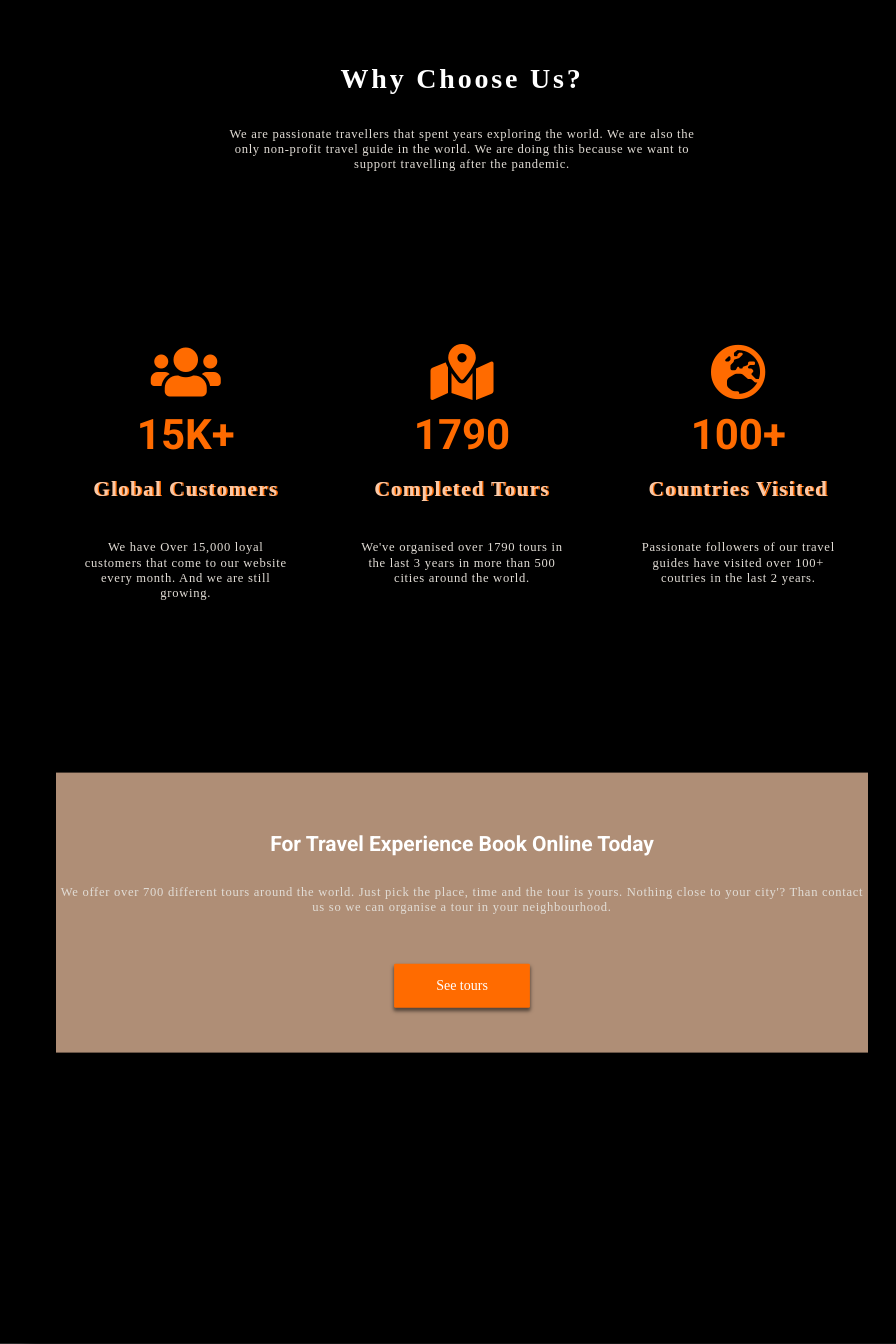
Repository: Hunga9k50doker/wildver-travel
Page: src/index.html
An editor plug-in stored every save of this project. The page is shown before and after a run of saves, followed by the edit.
The browser window is 1280 px wide. The pictures show the part of the page from y = 4544 to 6464 px (the page is 6464 px tall), at 70% of full size.
Some web fonts or font styles are not loaded; a fallback is used. The style sheet was rebuilt from its Sass, Less or Tailwind sources for each picture, by a compiler version that may differ from the author's.

Above is the page before, as saved 2021-08-27 21:39:31.

After the next 4 saves:
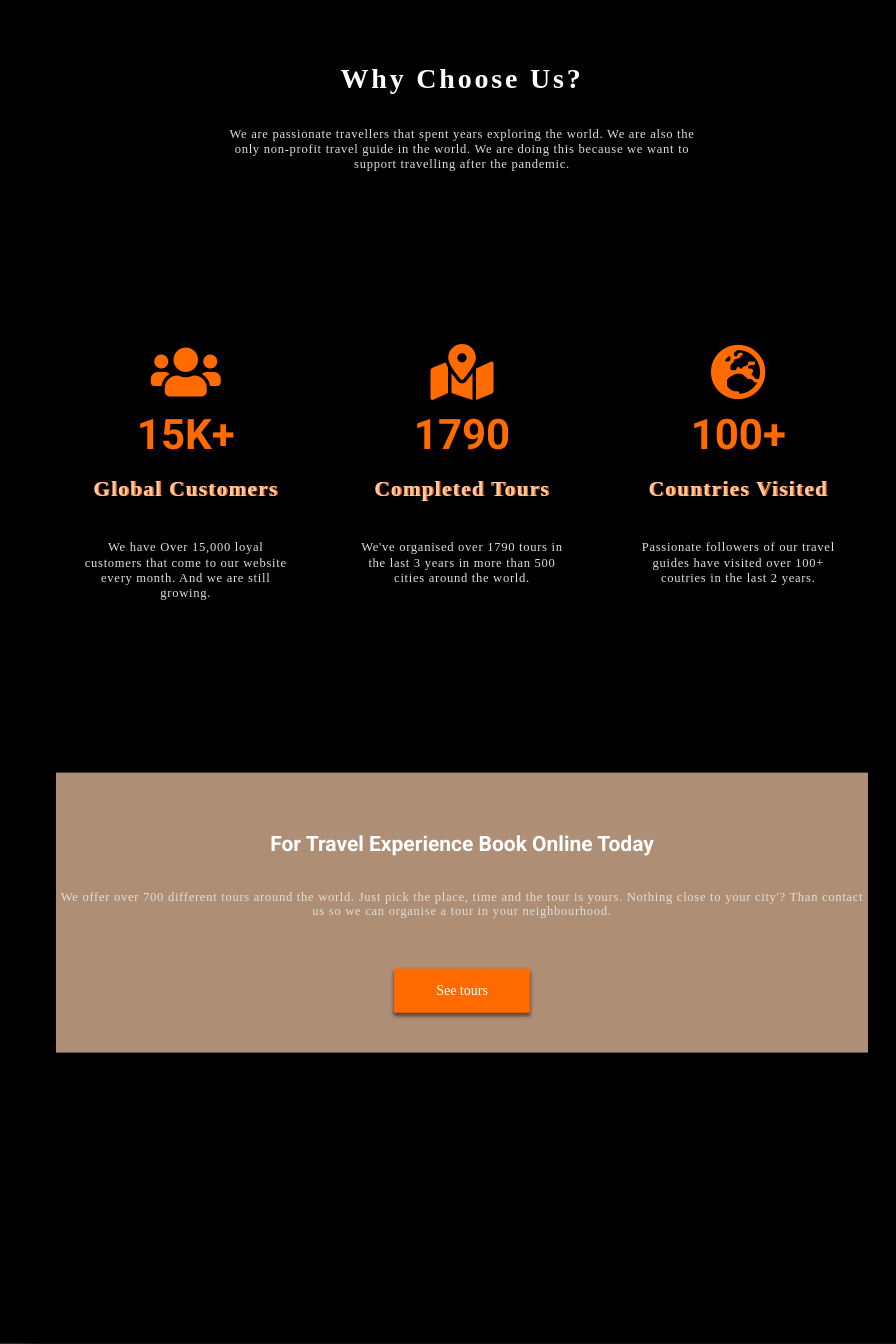
The 4 saves are shown as one change because they came seconds apart.
The last was saved 39 s later.
--- a/src/resources/scss/container.scss
+++ b/src/resources/scss/container.scss
@@ -214,6 +214,7 @@ $mode: cubic-bezier(0.17, 0.67, 0.55, 1.43);
                     font-size: 3rem;
                     color:$white-color;
                     margin-top: 4rem 0 0 0;
+                    line-height:100%;
                 }
                 p{
                     margin:2rem 0!important;
